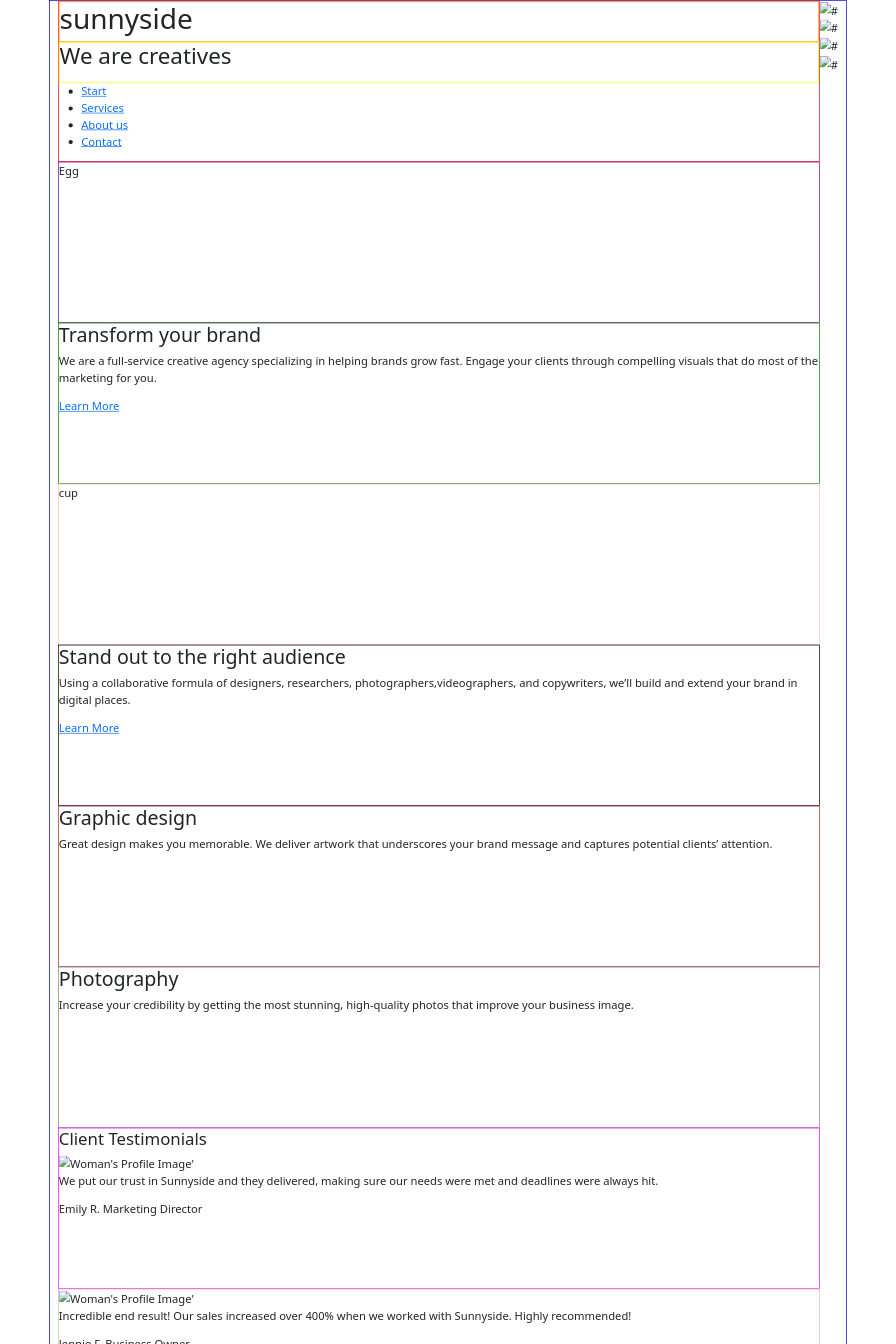
Repository: Roshanell/Sunny-Side-Agency
Page: index.html
The author's editor kept a copy of each file at every save. The page is drawn from the files as they stood at one save, then again after a run of saves.
The browser window is 1280 px wide. The pictures show the part of the page from y = 0 to 1920 px (the page is 2762 px tall before and 4106 px after), at 70% of full size.

Above is the page before, as saved 2022-07-01 13:18:35.

### index.html
<!doctype html>
<html lang="en">

  <head>
    <meta charset="utf-8">
    <meta name="viewport" content="width=device-width, initial-scale=1">
    <title>Sunny Side Agency</title>
    <link href="https://cdn.jsdelivr.net/npm/bootstrap@5.2.0-beta1/dist/css/bootstrap.min.css" rel="stylesheet"
      integrity="sha384-0evHe/X+R7YkIZDRvuzKMRqM+OrBnVFBL6DOitfPri4tjfHxaWutUpFmBp4vmVor" crossorigin="anonymous">
    <link href="https://fonts.googleapis.com/icon?family=Material+Icons" rel="stylesheet">
    <link rel="stylesheet" href="css/style.css">
  </head>

  <body>
    <div class="container">
      <div class="homePage">
        <div class="header">
          <h1>sunnyside</h1>
        </div>
        <header>
          <nav>
            <ul>
              <li><a href="#">Start</a></li>
              <li><a href="#">Services</a></li>
              <li><a href="#">About us</a></li>
              <li><a href="#">Contact</a></li>
            </ul>
          </nav>
        </header>
        <div class="homeContent">
          <h2>We are creatives</h2>
        </div>
      </div>

      <div class="eggArea">
        <p>Egg</p>
      </div>

      <div class="aboutUsInfo">
        <h3>
          Transform your brand
        </h3>
        <p>We are a full-service creative agency specializing in helping brands grow fast. Engage your clients through
          compelling visuals that do most of the marketing for you. </p>
        <span><a href="#">Learn More</a></span>
      </div>

      <div class="cupImage">
        <p>cup</p>
      </div>

      <div class="standOutInfo">
        <h3>Stand out to the right audience</h3>
        <p> Using a collaborative formula of designers, researchers,
          photographers,videographers, and copywriters, we’ll build and extend your brand in digital places. </p>

        <span><a href="#">Learn More</a></span>
      </div>
      <div class="graphicDesign">
        <h3> Graphic design</h3>
        <p>
          Great design makes you memorable. We deliver artwork that underscores your brand message and captures
          potential clients’ attention.
          <!-- background img with words overlay -->
        </p>
      </div>
      <div class="orangeImage">
        <h3>Photography</h3>
        <p> Increase your credibility by getting the most stunning, high-quality photos that improve your business
          image. </p>
        <!-- background img with words overlay -->
      </div>
      <div class="testimonialOne">
        <h4>Client Testimonials</h4>
        <img src="#" alt="Woman's Profile Image'">
        <p>We put our trust in Sunnyside and they delivered, making sure our needs were met and deadlines were always
          hit.</p>
        <span>Emily R.</span>
        <span>Marketing Director</span>
      </div>
      <div class="testimonialThree">
        <img src="#" alt="Man's' Profile Image'">
        <span>Thomas S.</span>
        <p>Sunnyside’s enthusiasm coupled with their keen interest in our brand’s success made it a satisfying and
          enjoyable experience.</p>
        <span>Chief Operating Officer</span>
      </div>
      <div class="testimonialTwo">
        <img src="#" alt="Woman's Profile Image'">
        <p>Incredible end result! Our sales increased over 400% when we worked with Sunnyside. Highly recommended!</p>
        <span>Jennie F.</span>
        <span>Business Owner</span>
      </div>
      <div class="fourImgs">
        <div class="imgOne">
          <img src="#" alt="img">
        </div>
        <div class="imgTwo">
          <img src="#" alt="img">
        </div>
        <div class="imgThree">
          <img src="#" alt="img">
        </div>
        <div class="imgFour">
          <img src="#" alt="img">
        </div>
      </div>

      <div class="footer">
        <!-- <h1>sunnyside</h1>
        <span>About</span>
        <span>ser</span>
        <span>About</span> -->
      </div>
      <div class="logo">
        <div class="fbIcon">
          <img src="#" alt="#">
        </div>
        <div class="igIcon">
          <img src="#" alt="#">
        </div>
        <div class="twitterIcon">
          <img src="#" alt="#">
        </div>
        <div class="pinterest">
          <img src="#" alt="#">
        </div>
      </div>
    </div>




    <!-- Home
Profile
About
Contacts
  -->




    <script src="https://cdn.jsdelivr.net/npm/bootstrap@5.2.0-beta1/dist/js/bootstrap.bundle.min.js"
      integrity="sha384-pprn3073KE6tl6bjs2QrFaJGz5/SUsLqktiwsUTF55Jfv3qYSDhgCecCxMW52nD2" crossorigin="anonymous"
      type="text/javascript" src="js/main.js">


      </script>

  </body>

</html>

### css/style.css
/* Box Model Hack */
* {
  -moz-box-sizing: border-box;
}

/* Clear fix hack */
.clearfix:after {
  content: ".";
  display: block;
  clear: both;
  visibility: hidden;
  line-height: 0;
  height: 0;
}

.clear {
  clear: both;
}

/******************************************
/* BASE STYLES
/*******************************************/





body {
}

/******************************************
/* LAYOUT
/*******************************************/
.container {
  border: solid 1px blue;
  display: grid;
  grid-template-columns: 1fr;
  grid-template-rows: 1fr 1fr 1fr 1fr 1fr 1fr 1fr 1fr 1fr 1fr 1fr 1fr;
  gap: 0px 0px;
  grid-auto-flow: column dense;
  grid-template-areas:
    "homePage"
    "eggArea"
    "aboutUsInfo"
    "cupImage"
    "standOutInfo"
    "graphicDesign"
    "orangeImage"
    "testimonialOne"
    "testimonialTwo"
    "testimonialThree"
    "fourImgs"
    "footer";
}

.homePage {
  border: solid 1px red;
  display: grid;
  grid-template-columns: 1fr;
  grid-template-rows: 1fr 1fr;
  gap: 0px 0px;
  grid-auto-flow: row;
  grid-template-areas:
    "header"
    "homeContent";
  grid-area: homePage;
}

.header {
  border: solid 1px orange;
  grid-area: header;
}

.homeContent {
  border: solid 1px yellow;
  grid-area: homeContent;
}

.eggArea {
  border: solid 1px purple;
  grid-area: eggArea;
}

.aboutUsInfo {
  border: solid 1px green;
  grid-area: aboutUsInfo;
}

.cupImage {
  border: solid 1px pink;
  grid-area: cupImage;
}

.standOutInfo {
  border: solid 1px black;
  grid-area: standOutInfo;
}

.graphicDesign {
  border: solid 1px brown;
  grid-area: graphicDesign;
}

.orangeImage {
  border: solid 1px gray;
  grid-area: orangeImage;
}

.testimonialOne {
  border: solid 1px fuchsia;
  grid-area: testimonialOne;
}

.testimonialThree {
  border: solid 1px lightblue;
  grid-area: testimonialThree;
}

.testimonialTwo {
  border: solid 1px silver;
  grid-area: testimonialTwo;
}

.fourImgs {
  border: solid 1px maroon;
  display: grid;
  grid-template-columns: 1fr 1fr;
  grid-template-rows: 1fr 1fr;
  gap: 0px 0px;
  grid-template-areas:
    "imgOne imgThree"
    "imgTwo imgFour";
  grid-area: fourImgs;
}

.imgOne {
  border: solid 1px yellowgreen;
}
.imgTwo {
  border: solid 1px rgb(228, 122, 199);
}
.imgThree {
  border: solid 1px rgb(158, 207, 232);
}
.imgFour {
  border: solid 1px rgb(205, 122, 50);
}

/* Fix the footer


.footer {
  border: solid 1px blue;
  display: grid;
  grid-auto-flow: column dense;
  grid-template-columns: 1fr 1fr 1fr;
  grid-template-rows: 1fr 1fr 1fr;
  gap: 0px 0px;
  grid-template-areas:
    ". logoName ."
    "about services projects"
    ". logo .";
  grid-area: footer;
}
.logoName {
  grid-area: logoName;
}
.about {
  grid-area: about;
}
.services {
  display: grid;
  grid-template-columns: 1fr 1fr 1fr;
  grid-template-rows: 1fr 1fr 1fr;
  gap: 0px 0px;
  grid-area: services;
}
.projects {
  grid-area: projects;
}
.logo {
  display: grid;
  grid-template-columns: 1fr 1fr 1fr 1fr;
  grid-template-rows: 1fr;
  gap: 0px 0px;
  grid-template-areas: "fbIcon igIcon twitterIcon pinterest";
  grid-area: logo;
}

.fbIcon {
  border: solid 1px silver;
  grid-area: fbIcon;
}
.igIcon {
  border: solid 1px red;
  grid-area: fbIcon;
}
.twitterIcon {
  border: solid 1px midnightblue;
  grid-area: twitterIcon;
}
.pinterest {
  border: solid 1px plum;
  grid-area: pinterest;
}

/******************************************
/* ADDITIONAL STYLES
/*******************************************/

After the next 4 saves:
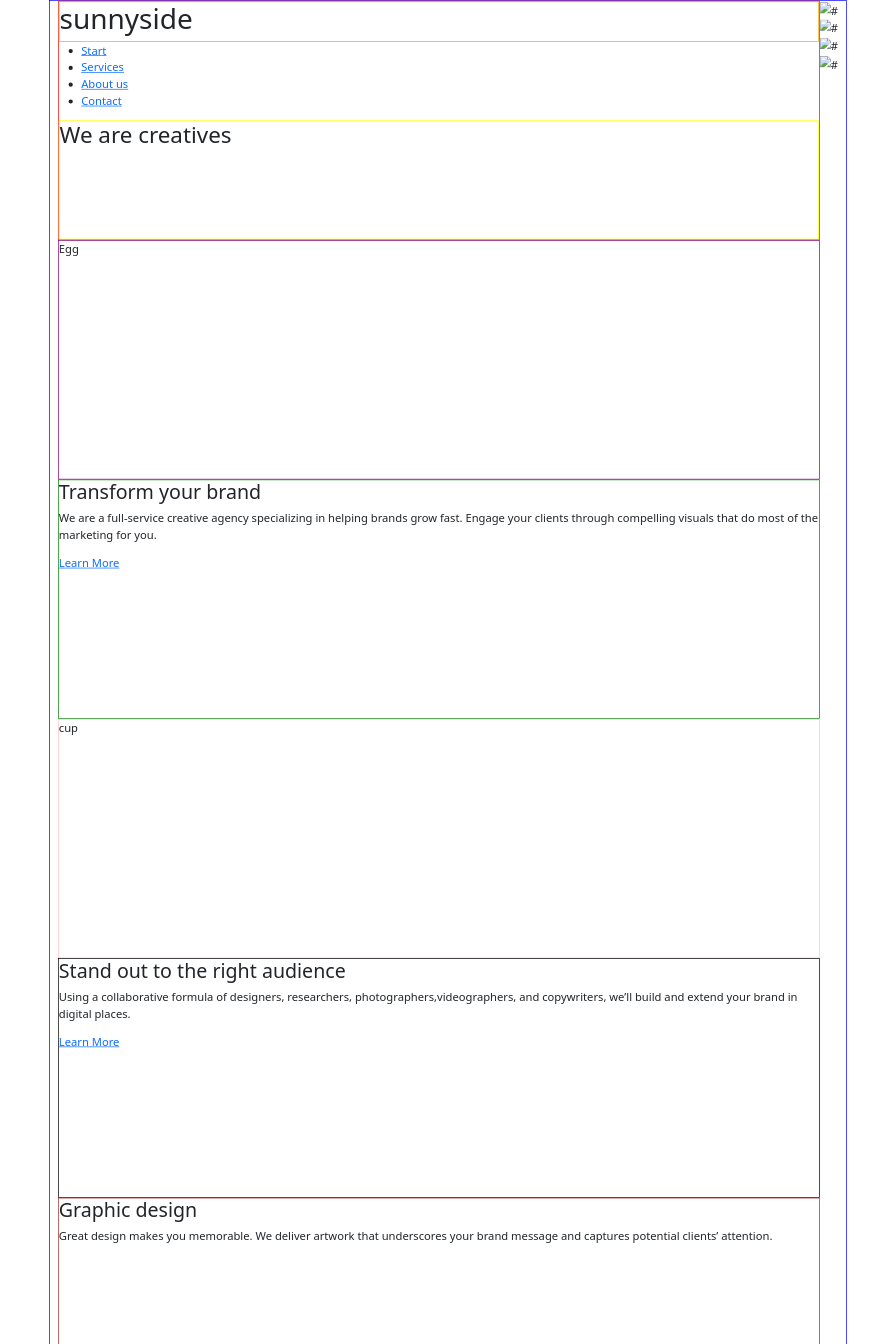
The 4 saves are shown as one change because they came seconds apart.
The last was saved 30 s later.
--- a/index.html
+++ b/index.html
@@ -14,10 +14,10 @@
   <body>
     <div class="container">
       <div class="homePage">
-        <div class="header">
-          <h1>sunnyside</h1>
-        </div>
         <header>
+          <div class="header">
+            <h1>sunnyside</h1>
+          </div>
           <nav>
             <ul>
               <li><a href="#">Start</a></li>
